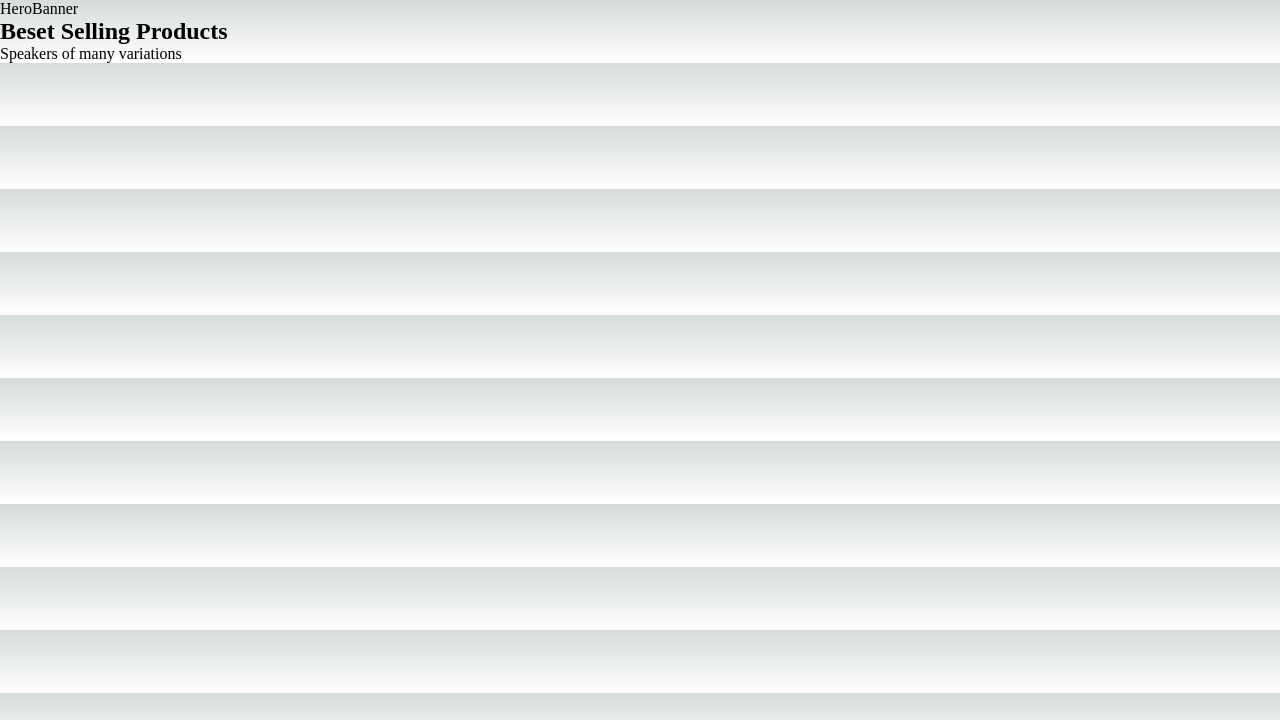
Repository: EMERIC237/react_webStore
Page: / (app in pembo-shop/)
An editor plug-in stored every save of this project. The page is shown before and after a run of saves, followed by the edit.
The browser window is 1280 px wide. The pictures show the whole page.
The project was rebuilt for these pictures with package versions that can differ from the ones it lists, and the page was loaded fresh each time. The framework's server and built-in components were replaced by stand-ins that run in the browser. Also part of the build but not shown: pembo-shop/next.config.js.

Above is the page before, as saved 2022-12-17 20:42:47.

### pembo-shop/pages/index.tsx
import React from 'react'

const Home = () => {
  return (
    <>
    HeroBanner
    <div>
      <h2>Beset Selling Products</h2>
      <p>Speakers of many variations</p>
    </div>
    </>
  )
}

export default Home

Loaded but not shown: pembo-shop/pages/_app.tsx (common file); pembo-shop/pages/_document.tsx (common file); pembo-shop/styles/globals.css (common file)

After the next 12 saves:
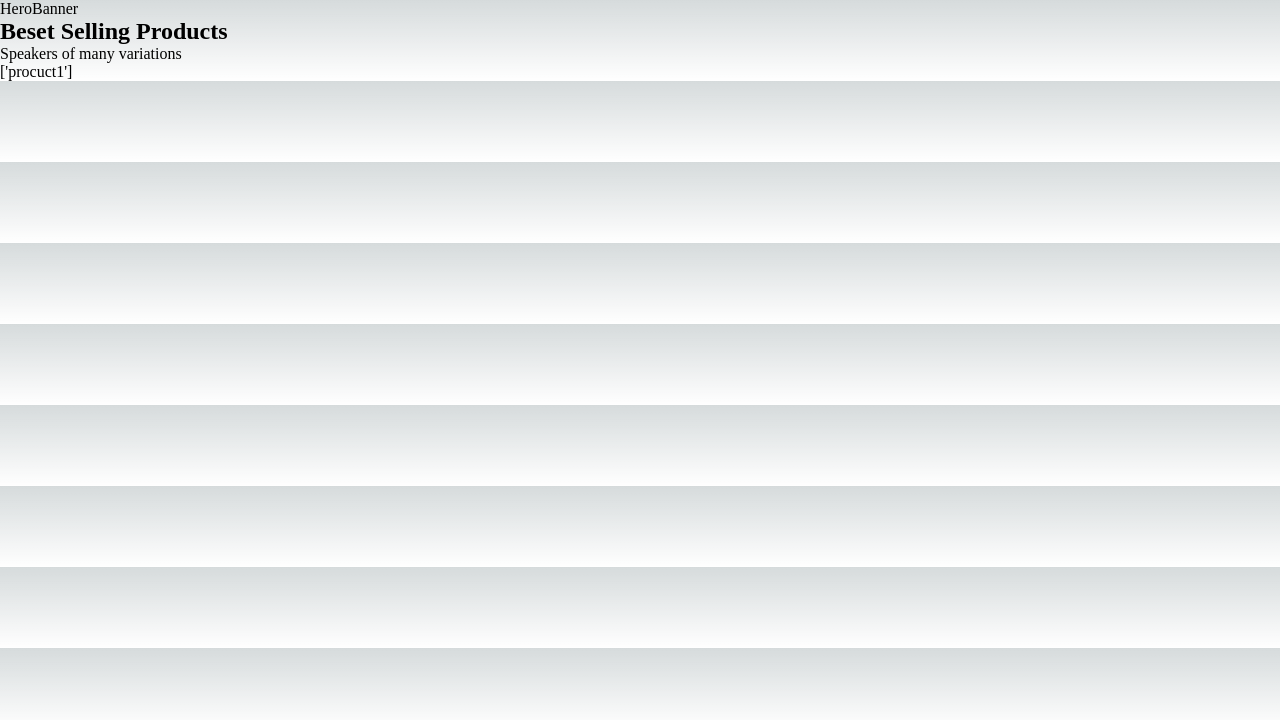
The 12 saves are shown as one change because they came seconds apart.
The last was saved 32 s later.
--- a/pembo-shop/pages/index.tsx
+++ b/pembo-shop/pages/index.tsx
@@ -8,6 +8,10 @@ const Home = () => {
       <h2>Beset Selling Products</h2>
       <p>Speakers of many variations</p>
     </div>
+
+    <div>
+      ['procuct1']
+    </div>
     </>
   )
 }
